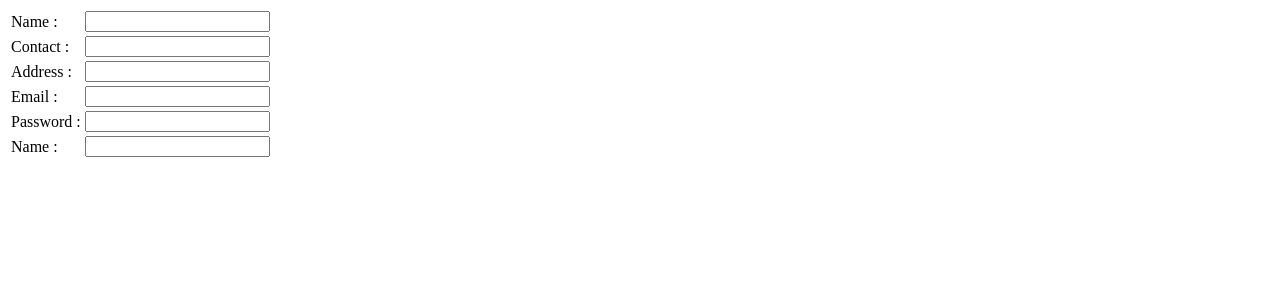
Repository: Tirth1415/JAVA
Page: http://localhost/AdvanceJAVA/Register.jsp
The author's editor kept a copy of each file at every save. The page is drawn from the files as they stood at one save, then again after the next save.
The browser window is 1280 px wide. The pictures show the whole page.
The page is served by Tomcat 9.

Above is the page before, as saved 2023-02-16 13:04:34.

After the next save:
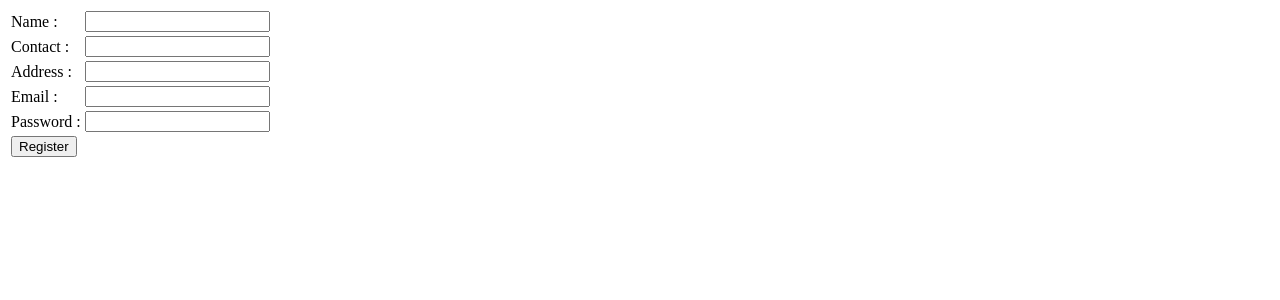
Saved 50 s later.
--- a/AdvanceJAVA/src/main/webapp/Register.jsp
+++ b/AdvanceJAVA/src/main/webapp/Register.jsp
@@ -30,8 +30,7 @@
 				<td><input type="password" name="password"></td>
 			</tr>
 			<tr>
-				<td>Name :</td>
-				<td><input type="text" name="name"></td>
+				<td><input type="submit" name="action" value="Register"></td>
 			</tr>
 
 		</table>
